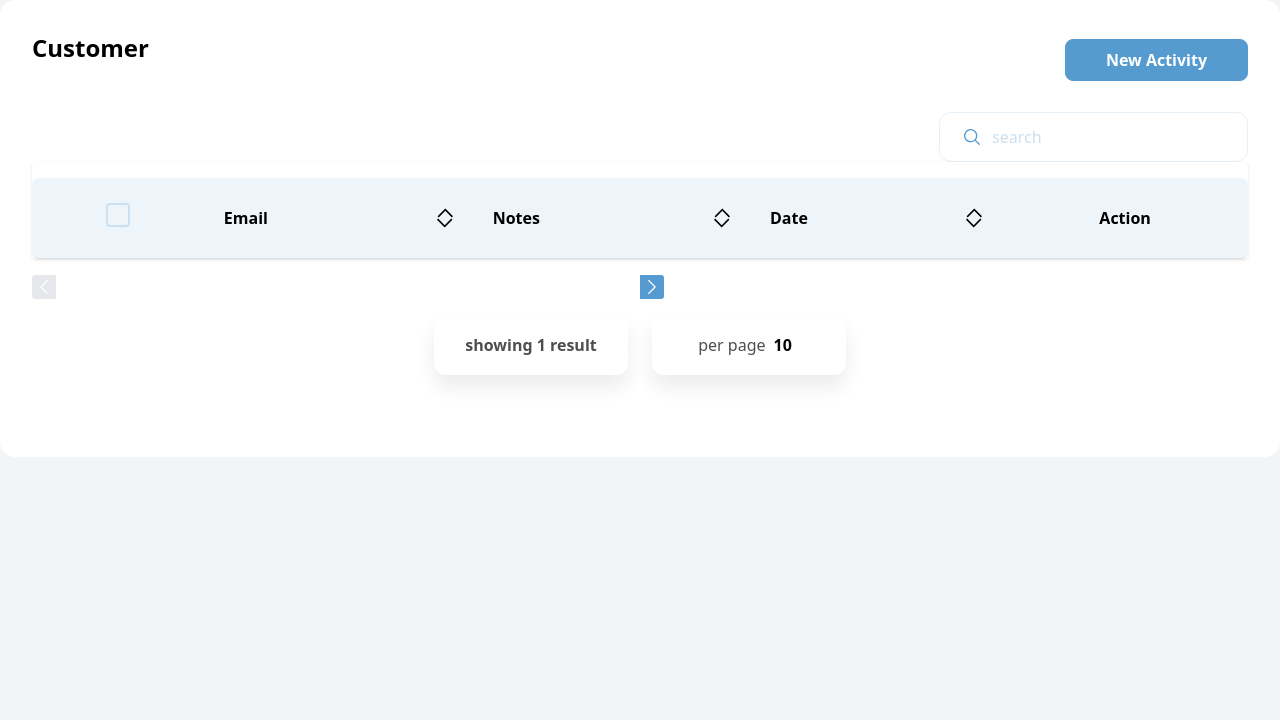
Repository: Abdelrhman-asker-smart/JsdcPIF
Page: tableAcitviy.html
The author's editor kept a copy of each file at every save. The page is drawn from the files as they stood at one save, then again after the next save.
The browser window is 1280 px wide. The pictures show the whole page.
Some web libraries are served in a nearby version.

Above is the page before, as saved 2025-03-10 11:06:09.
Console error: TypeError: Cannot read properties of null (reading 'addEventListener')

After the next save:
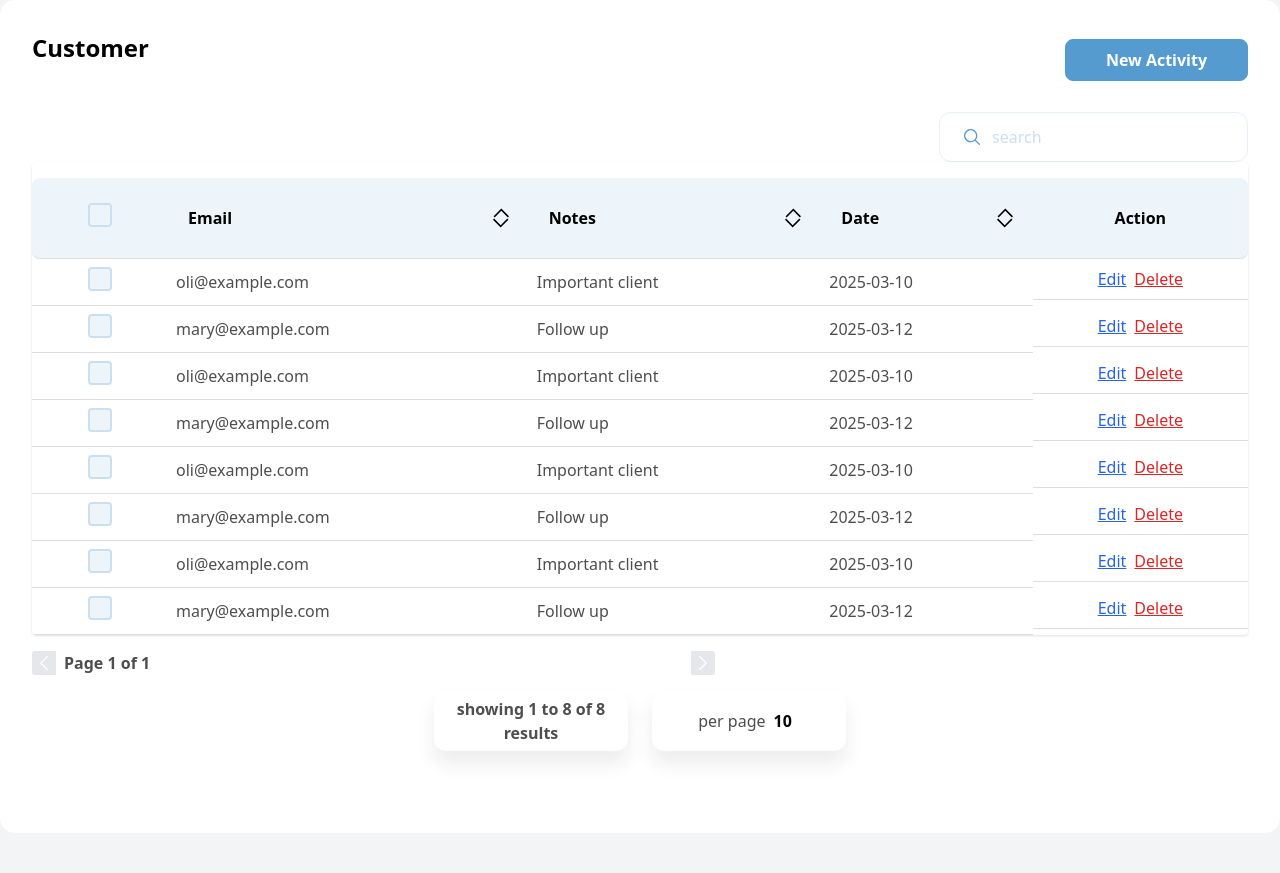
The error is gone.
Saved 32 s later.
--- a/tableAcitviy.html
+++ b/tableAcitviy.html
@@ -120,7 +120,7 @@
         <div class="flex justify-between flex-wrap items-center">
           <h3 class="text-2xl font-semibold text-black mb-6">Customer</h3>
           <div class="gap-6 flex flex-wrap">
-            <button id="btnScanCustomer"
+            <button id="btnNewActivity"
               class="bg-[#559BD0] font-[700] text-white px-10 border border-[#559BD0] py-2 rounded-[8px]">
 New Activity            </button>
 
